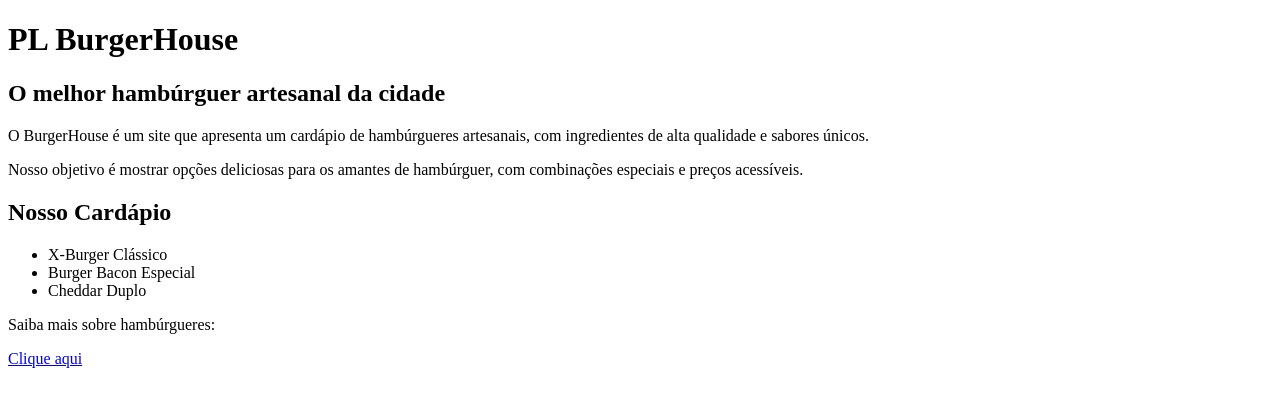
Repository: GabrielPertelCorti/Catalogo-De-Hamburgueres
Page: index.html
An editor plug-in stored every save of this project. The page is shown before and after the next save, followed by the edit.
The browser window is 1280 px wide. The pictures show the whole page.

Above is the page before, as saved 2026-03-23 14:55:14.

After the next save:
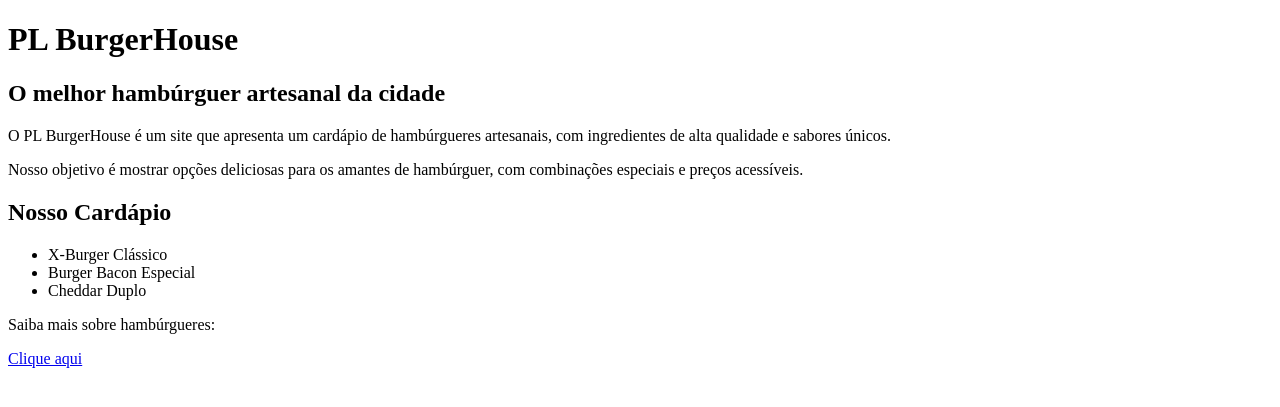
Saved 11 s later.
--- a/index.html
+++ b/index.html
@@ -10,7 +10,7 @@
 
     <h2>O melhor hambúrguer artesanal da cidade</h2>
 
-    <p>O BurgerHouse é um site que apresenta um cardápio de hambúrgueres artesanais, com ingredientes de alta qualidade e sabores únicos.</p>
+    <p>O  PL BurgerHouse é um site que apresenta um cardápio de hambúrgueres artesanais, com ingredientes de alta qualidade e sabores únicos.</p>
 
     <p>Nosso objetivo é mostrar opções deliciosas para os amantes de hambúrguer, com combinações especiais e preços acessíveis.</p>
 
